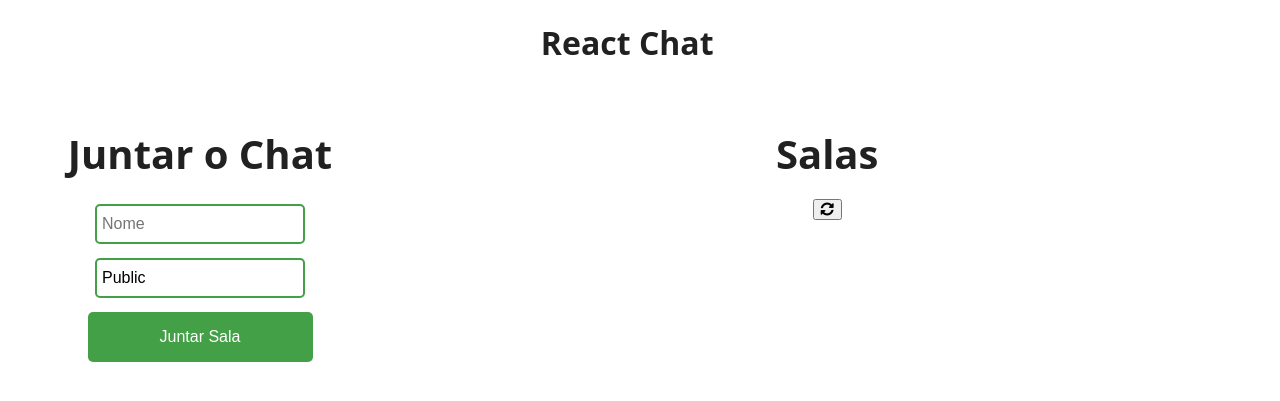
Repository: hierotsu/chat-rooms-react-
Page: / (app in client/)
The author's editor kept a copy of each file at every save. The page is drawn from the files as they stood at one save, then again after the next save.
The browser window is 1280 px wide. The pictures show the whole page.
The page's requests for data from a server got no answer. The project was rebuilt for these pictures with package versions that can differ from the ones it lists, and the page was loaded fresh each time. No one was signed in, and anything a server would have sent is missing. Also part of the build but not shown: client/src/components/User.js, client/src/components/Chat.js.

Above is the page before, as saved 2022-02-02 16:44:44.

### client/public/index.html
<!DOCTYPE html>
<html lang="en">
	<head>
		<meta charset="utf-8" />
		<link rel="icon" href="%PUBLIC_URL%/favicon.ico" />
		<meta name="viewport" content="width=device-width, initial-scale=1" />
		<meta name="theme-color" content="#000000" />
		<meta
			name="description"
			content="Web site created using create-react-app"
		/>
		<link rel="apple-touch-icon" href="%PUBLIC_URL%/logo192.png" />
		<!--
      manifest.json provides metadata used when your web app is installed on a
      user's mobile device or desktop. See https://developers.google.com/web/fundamentals/web-app-manifest/
    -->
		<link rel="manifest" href="%PUBLIC_URL%/manifest.json" />
		<!--
      Notice the use of %PUBLIC_URL% in the tags above.
      It will be replaced with the URL of the `public` folder during the build.
      Only files inside the `public` folder can be referenced from the HTML.

      Unlike "/favicon.ico" or "favicon.ico", "%PUBLIC_URL%/favicon.ico" will
      work correctly both with client-side routing and a non-root public URL.
      Learn how to configure a non-root public URL by running `npm run build`.
    -->
		<link
			rel="stylesheet"
			href="https://cdnjs.cloudflare.com/ajax/libs/font-awesome/5.15.4/css/all.min.css"
		/>
		<title>React App</title>
	</head>
	<body>
		<noscript>You need to enable JavaScript to run this app.</noscript>
		<div id="root"></div>
		<!--
      This HTML file is a template.
      If you open it directly in the browser, you will see an empty page.

      You can add webfonts, meta tags, or analytics to this file.
      The build step will place the bundled scripts into the <body> tag.

      To begin the development, run `npm start` or `yarn start`.
      To create a production bundle, use `npm run build` or `yarn build`.
    --></body>
</html>

### client/src/App.js
import { useState, useEffect, useRef } from 'react'
import io from 'socket.io-client'

import Chat from './components/Chat';
import Rooms from './components/Rooms'

import './App.css';

export const SERVER_URL = "http://localhost:3001"

const connect = () => {
  return io.connect(SERVER_URL,
    { query: { id: Math.floor(Math.random() * 1000) } })
}

const socket = connect()

function App() {
  const [username, setUsername] = useState('')
  const [room, setRoom] = useState('Public')
  const [joinButtonDisabled, setJoinButtonDisabled] = useState(true)
  const [showChat, setShowChat] = useState(false)
  const usernameRef = useRef()
  const roomRef = useRef()

  useEffect(() => {
    setJoinButtonDisabled(username === '' || room === '')
  }, [username, room])



  const joinRoom = (room_ext) => {
    console.log('SOCKET Join', socket, socket.id, room_ext)
    if (typeof room_ext !== "undefined")
      setRoom(room_ext);
    else
      room_ext = room;
    if (username !== '' && room !== '') {
      if (!socket.connected)
        socket.open()

      socket.emit('join_room', room_ext, username)
      setShowChat(true)
    }
    else if (username === '') {
      usernameRef.current.focus()
    }
    else if (room === '') {
      roomRef.current.focus()
    }
  }

  function logoutHandle() {
    setShowChat(false)
  }

  return (
    <div className="App">
      <h1>React Chat</h1>
      <div className="chat-ini-container">

        {!showChat ?
          <>
            <div className="joinChatContainer">
              <h3>Juntar o Chat</h3>
              <input type="text" placeholder='Nome' onKeyPress={e => { e.key === 'Enter' && e.target.value !== '' && joinRoom() }}
                onChange={e => setUsername(e.target.value)}
                value={username}
                ref={usernameRef} />
              <input type="text" placeholder='Sala' onKeyPress={e => { e.key === 'Enter' && e.target.value !== '' && joinRoom() }}
                onChange={e => setRoom(e.target.value)}
                value={room}
                ref={roomRef} />
              <button onClick={e => joinRoom()} disabled={joinButtonDisabled}>Juntar Sala</button>
            </div>
            <Rooms socket={socket} joinRoom={joinRoom} />
          </>
          :
          <Chat socket={socket} username={username} room={room} onClose={logoutHandle} />
        }
      </div>
    </div>
  );
}

export default App;

### client/src/components/Rooms.js
import { useState, useEffect } from 'react';
import io from 'socket.io-client'


export default function Rooms({ socket, joinRoom }) {
    const [rooms, setRooms] = useState([])

    useEffect(() => {
        console.log('Socket changed useEffect', socket, socket.id)
        // if (!socket.connected)
        socket.close()
        socket.open()
        socket.emit('get-rooms', setRooms)

        // socket.on('receive-rooms', roomsReceived)
    }, [socket])


    const refreshHandle = () => {
        socket.emit('get-rooms', setRooms)
    }


    const listRooms = () => {
        return rooms.map((room, ind) => {
            return <div key={'chat-room-' + ind} onClick={joinRoom.bind(null, room.name)}>Sala {room.name} com {room.usersTotal} utilizadores</div>
        })
    }

    return <div className="rooms-container">
        <div className="rooms-container-header">
            <h3>Salas</h3>
            <div className="action-bar">
            </div>
            <button onClick={refreshHandle}><i className="fas fa-sync-alt"></i></button>
        </div>
        <div className="rooms-list">
            {listRooms()}
        </div>
    </div>;
}

### client/src/App.css
* {
	box-sizing: border-box;
}

.App {
	width: 98vw;
	height: 97vh;
	background: #fff;
	color: #212121;
	font-family: "Open Sans", sans-serif;
	text-align: center;
}
body {
	margin: 0%;
	padding: 0%;
}
@import url("https://fonts.googleapis.com/css?family=Open+Sans:300,400,700");

button:hover {
	cursor: pointer;
}

.chat-ini-container {
	display: flex;
}

.joinChatContainer {
	display: flex;
	flex-direction: column;
	text-align: center;
	min-width: 400px;
}

.rooms-container h3,
.joinChatContainer h3 {
	font-size: 2.5rem;
	margin-bottom: 1rem;
}
.joinChatContainer input {
	width: 210px;
	height: 40px;
	margin: 7px auto;
	border: 2px solid #43a047;
	border-radius: 5px;
	padding: 5px;
	font-size: 16px;
}

.joinChatContainer button {
	width: 225px;
	height: 50px;
	margin: 7px auto;
	border: none;
	border-radius: 5px;
	padding: 5px;
	font-size: 16px;
	background: #43a047;
	color: #fff;
	cursor: pointer;
}

.joinChatContainer button:hover {
	background: #2e7d32;
}
.chat-container {
	display: flex;
	flex: 1;
	min-height: 0px;
}
.chat-window {
	width: 90vw;
	height: 90vh;
	max-width: 600px;
	max-height: 600px;
	display: flex;
	flex-direction: column;
}
.chat-window.isReduced {
	height: 45px;
	overflow: hidden;
}
.chat-window p {
	margin: 0;
}

.chat-users {
	width: fit-content;
	max-width: 200px;
	border: 1px solid black;
	padding: 0px 10px;
}
.chat-users > div {
	font-weight: bold;
}
.chat-window .chat-header {
	height: 45px;
	border-top-left-radius: 6px;
	border-top-right-radius: 6px;
	background: #263238;
	position: relative;
	cursor: pointer;
}
.chat-window .chat-header p {
	display: block;
	padding: 0 1em 0 2em;
	color: #fff;
	font-weight: 700;
	line-height: 45px;
}

.chat-window .chat-body {
	/* height: calc(450px - (45px + 70px)); */
	border: 1px solid #263238;
	background: #fff;
	position: relative;
	flex: 1;
}
.chat-window .chat-body .message-container {
	width: 100%;
	height: 100%;
	overflow-y: auto;
	overflow-x: hidden;
}

.chat-window .chat-body .message-container::-webkit-scrollbar {
	display: none;
}
.chat-window .chat-body .message {
	height: auto;
	padding: 10px;
	display: flex;
}

.chat-window .chat-body .message .message-content {
	width: auto;
	height: auto;
	min-height: 40px;
	max-width: 120px;
	background-color: #43a047;
	border-radius: 5px;
	color: white;
	display: flex;
	align-items: center;
	margin-right: 5px;
	margin-left: 5px;
	padding-right: 5px;
	padding-left: 5px;
	overflow-wrap: break-word;
	word-break: break-word;
}

#you {
	justify-content: flex-start;
}

#you .message-content {
	justify-content: flex-start;
}

#you .message-meta {
	justify-content: flex-start;
	margin-left: 5px;
}

#other.new-chatter .message-content {
	background-color: aliceblue;
	color: black;
}
#other.new-chatter .message-content,
#other.new-chatter #time {
	font-style: italic;
	font-size: smaller;
}

#other {
	justify-content: flex-end;
}

#other .message-content {
	justify-content: flex-end;
	background-color: cornflowerblue;
}

#other .message-meta {
	justify-content: flex-end;
	margin-right: 5px;
}

.message-meta #author {
	margin-left: 10px;
	font-weight: bold;
}

.chat-window .chat-body .message .message-meta {
	display: flex;
	font-size: 12px;
}

.chat-window .chat-footer {
	height: 40px;
	border: 1px solid #263238;
	border-top: none;
	display: flex;
}

.chat-window .chat-footer input {
	height: 100%;
	flex: 85%;
	border: 0;
	padding: 0 0.7em;
	font-size: 1em;
	border-right: 1px dotted #607d8b;

	outline: none;
	font-family: "Open Sans", sans-serif;
}

.chat-window .chat-footer button {
	border: 0;
	display: grid;
	place-items: center;
	cursor: pointer;
	flex: 15%;
	height: 100%;
	background: transparent;
	outline: none;
	font-size: 25px;
	color: lightgray;
}

.chat-window .chat-footer button:hover {
	color: #43a047;
}
.hide {
	opacity: 0 !important;
}

.action-bar {
	position: absolute;
	top: 5px;
	right: 2px;
}
.action-bar button {
	background: #263238;
	font-size: 1rem;
	color: white;
	border: 1px solid white;
	border-radius: 5px;
	padding: 4px 10px 6px 10px;
	margin: 0 3px;
}

/*****	ROOMS *****/
.rooms-container {
	text-align: center;
	flex: 1;
	min-height: 0;
	padding: 0 20px;
}
.rooms-container-header {
	position: relative;
}
.room-list {
	overflow-y: auto;
}
.rooms-list > div {
	margin: 20px;
	padding: 20px;
	border: 2px solid #43a047;
	border-radius: 5px;
}
.rooms-list > div:hover {
	cursor: pointer;
	background: #43a047;
	color: white;
}

Loaded but not shown: client/src/index.js (common file); client/src/index.css (common file)

After the next save:
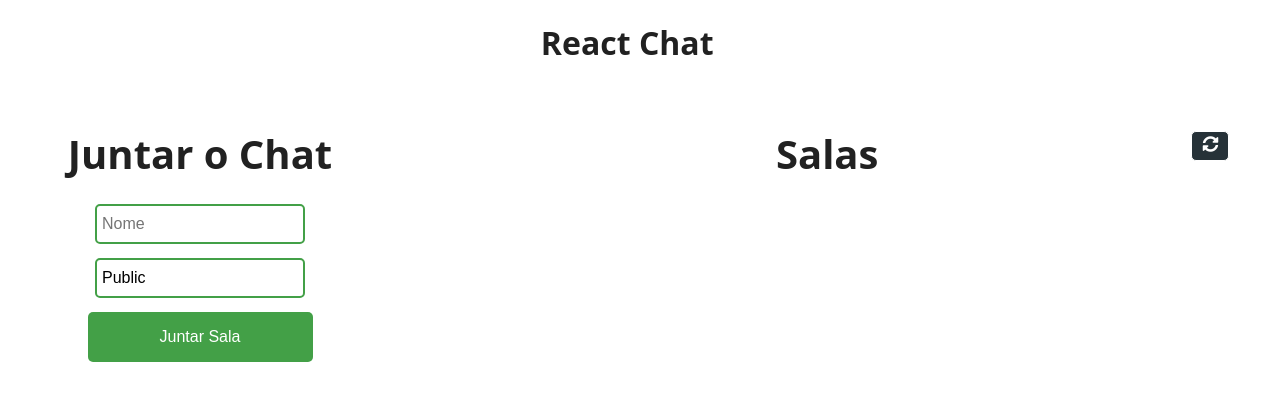
Saved 32 s later.
--- a/client/src/components/Rooms.js
+++ b/client/src/components/Rooms.js
@@ -31,8 +31,8 @@ export default function Rooms({ socket, joinRoom }) {
         <div className="rooms-container-header">
             <h3>Salas</h3>
             <div className="action-bar">
+                <button onClick={refreshHandle}><i className="fas fa-sync-alt"></i></button>
             </div>
-            <button onClick={refreshHandle}><i className="fas fa-sync-alt"></i></button>
         </div>
         <div className="rooms-list">
             {listRooms()}
